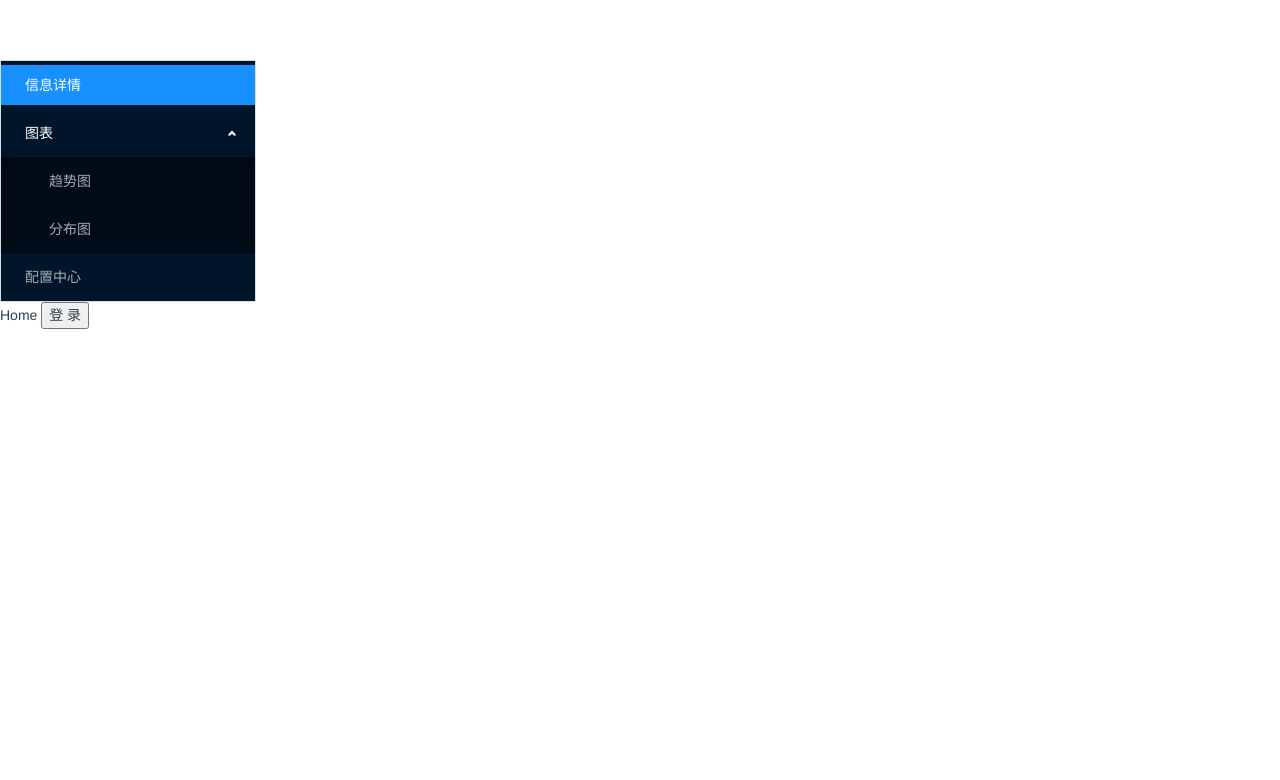
Repository: zhongdm/vue-vuex-antd
Page: /#/Home
The author's editor kept a copy of each file at every save. The page is drawn from the files as they stood at one save, then again after the next save.
The browser window is 1280 px wide. The pictures show the whole page.
The project was rebuilt for these pictures with package versions that can differ from the ones it lists, and the page was loaded fresh each time.

Above is the page before, as saved 2019-03-14 14:50:19.

After the next save:
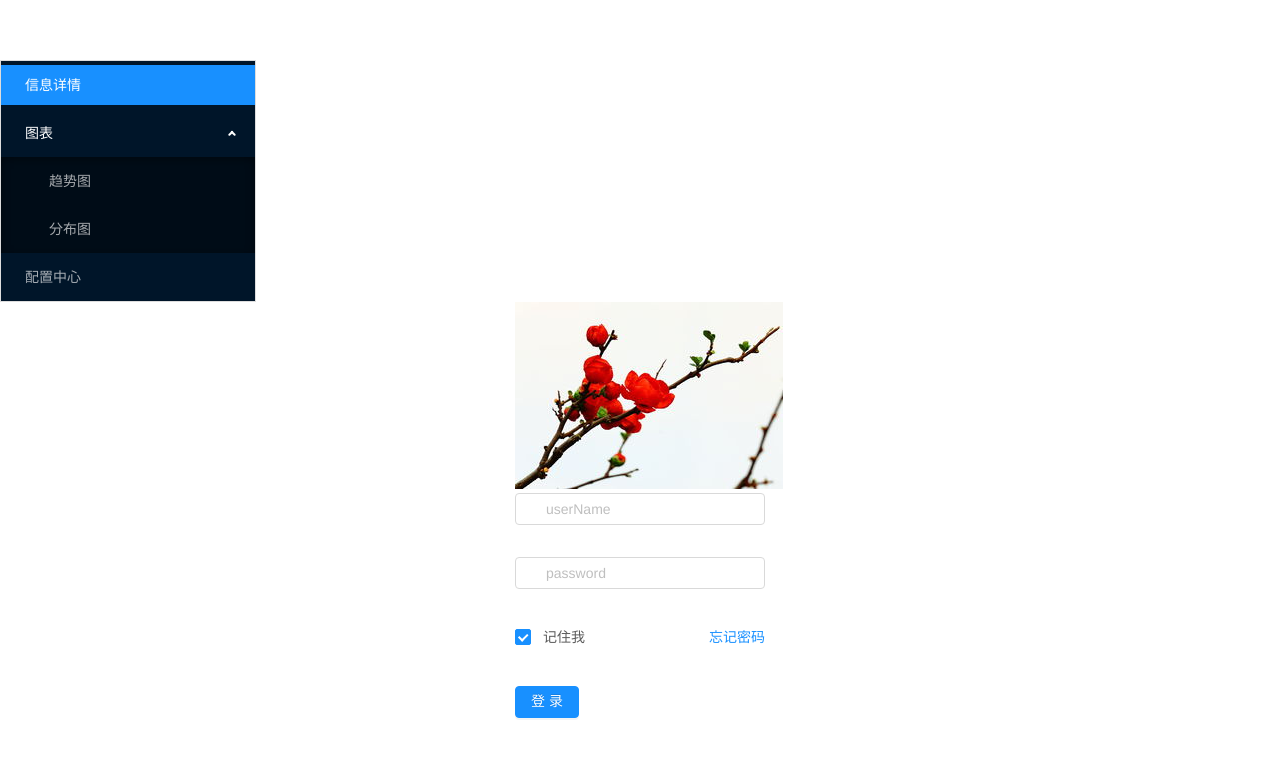
Saved 49 s later.
--- a/src/pages/Home/Home.vue
+++ b/src/pages/Home/Home.vue
@@ -1,8 +1,7 @@
 <template>
   <div>
     <menu-bar></menu-bar>
-    Home
-    <button>登&nbsp;录</button>
+    <router-view/>
   </div>
 </template>
 
